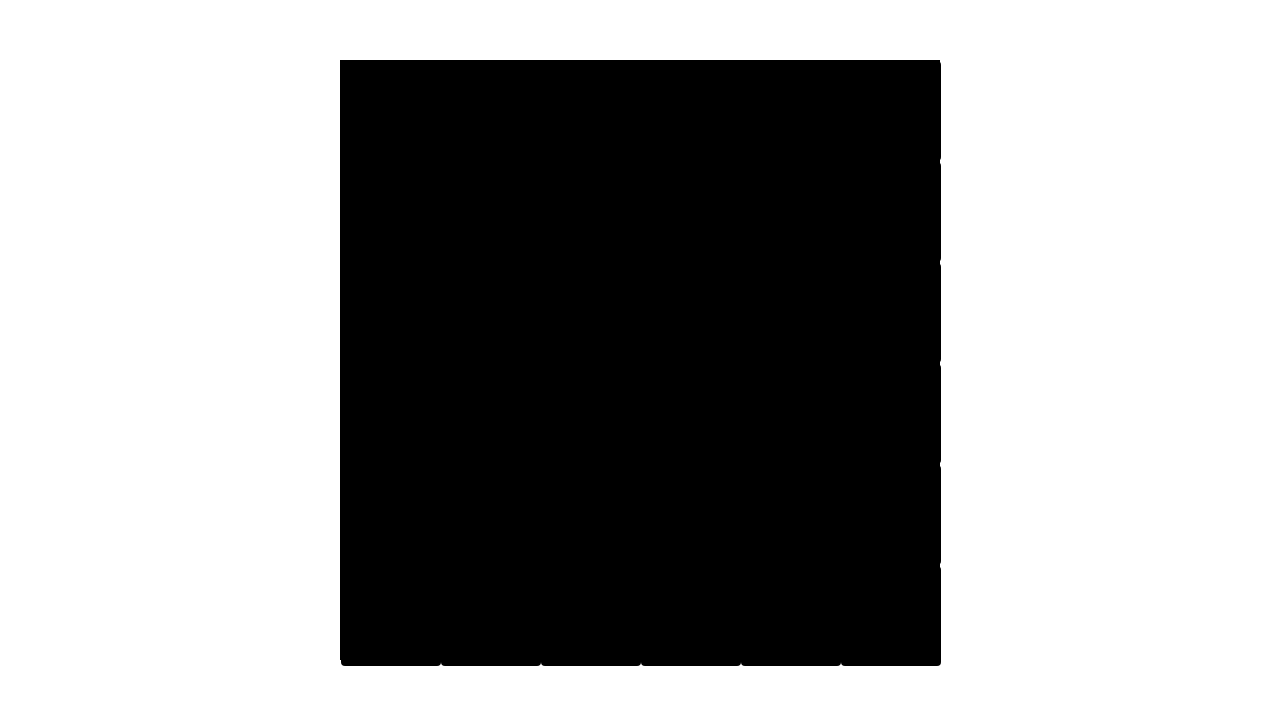
Repository: Lytecyde/emomemo
Page: html/index.html
The author's editor kept a copy of each file at every save. The page is drawn from the files as they stood at one save, then again after the next save.
The browser window is 1280 px wide. The pictures show the whole page.

Above is the page before, as saved 2020-03-31 10:01:09.

After the next save:
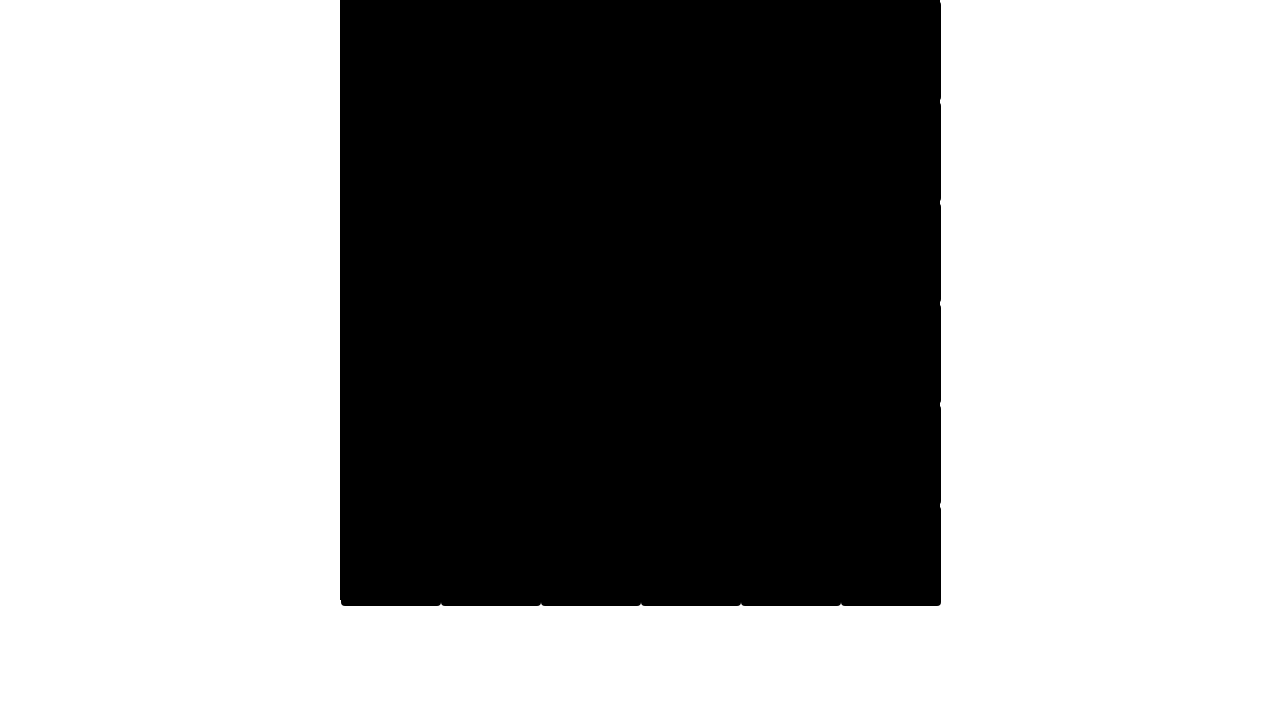
Saved 31 min 26 s later.
--- a/css/style.css
+++ b/css/style.css
@@ -1,6 +1,6 @@
 #table {
     position: absolute;
-    margin: auto;
+    margin: 0 auto;
     top: 0;
     right: 0;
     bottom: 0;
